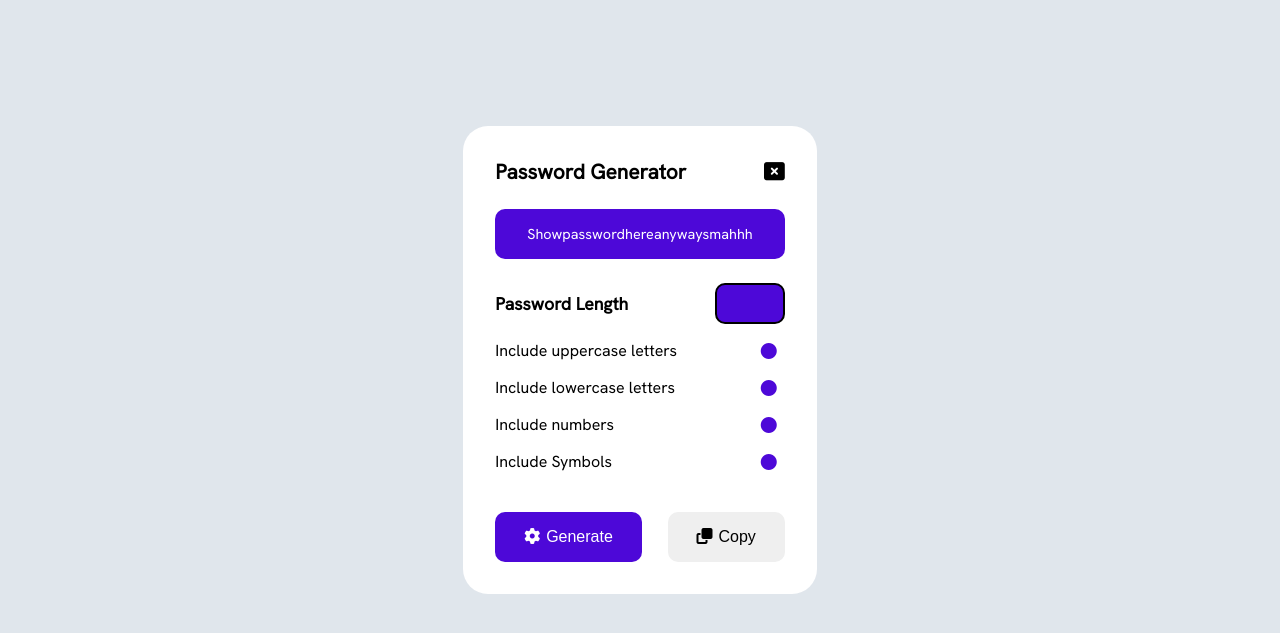
Repository: emiliaiwu/password_generator
Page: index.html
The author's editor kept a copy of each file at every save. The page is drawn from the files as they stood at one save, then again after a run of saves.
The browser window is 1280 px wide. The pictures show the whole page.
Some web libraries are served in a nearby version.

Above is the page before, as saved 2022-12-14 05:02:48.

After the next 5 saves:
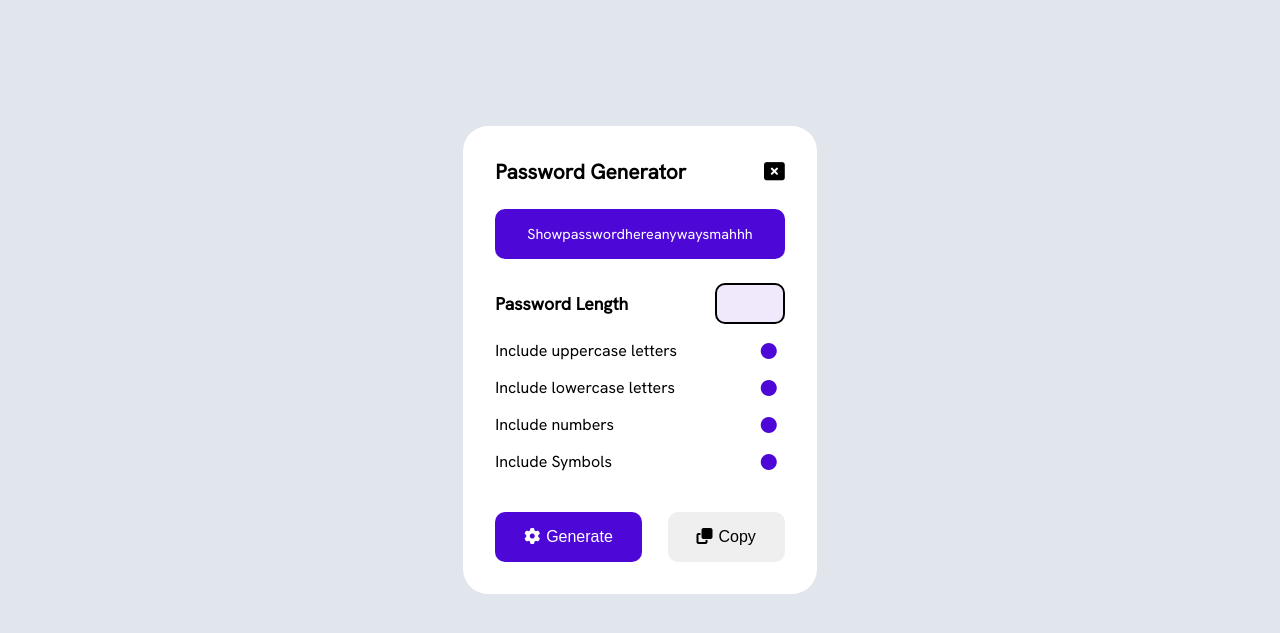
The 5 saves are shown as one change because they came seconds apart.
The last was saved 15 s later.
--- a/style.css
+++ b/style.css
@@ -84,7 +84,7 @@ label,
     font-size: 1.1rem;
     border: 2px solid #000;
     border-radius: 10px;
-    background-color: #4d08d8;;
+    background-color: #efe9fb;;
 }
 
 .password_length input[type="text"]:focus {
